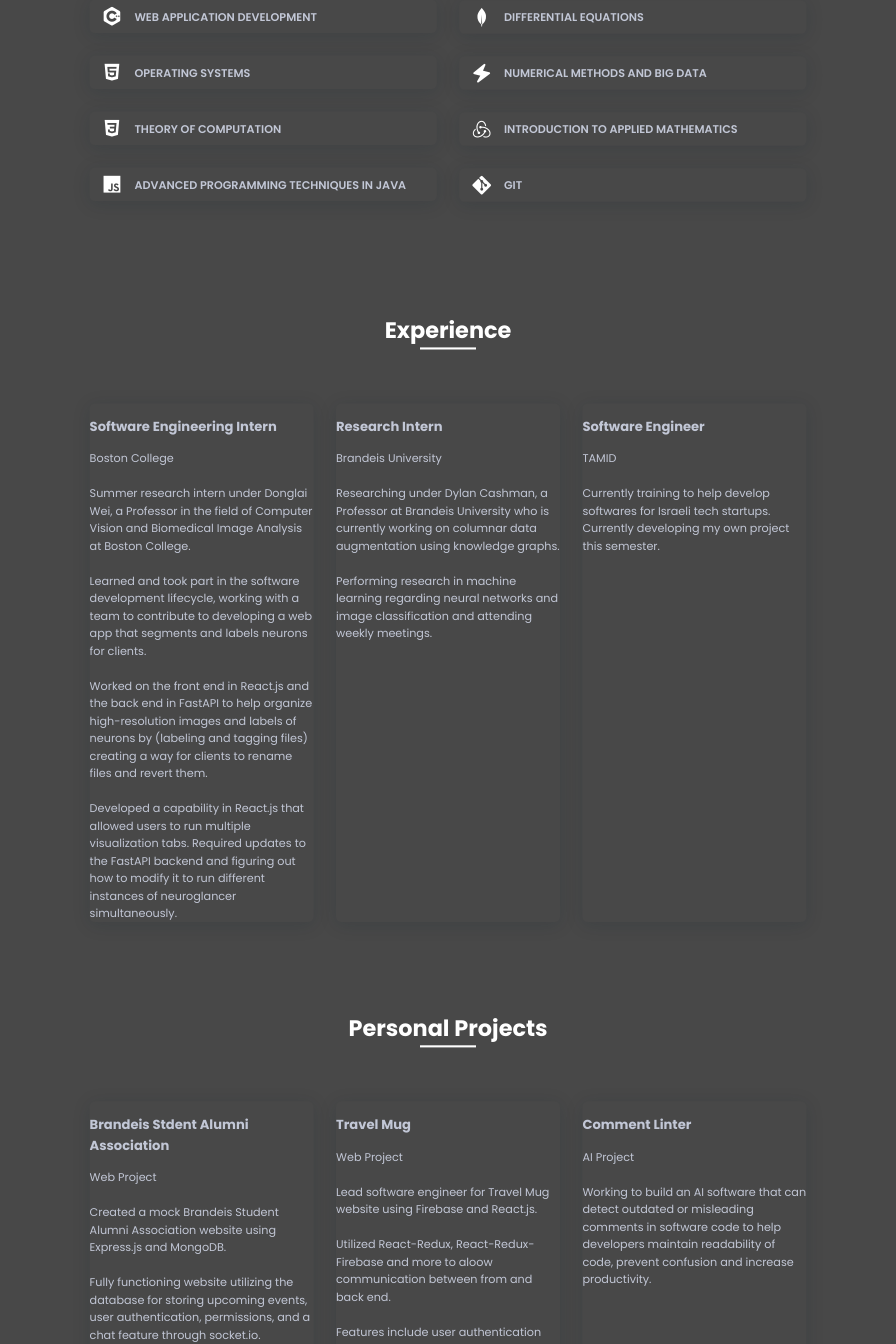
Repository: joshliu14/joshliu14.github.io
Page: index.html
The author's editor kept a copy of each file at every save. The page is drawn from the files as they stood at one save, then again after the next save.
The browser window is 1280 px wide. The pictures show the part of the page from y = 2626 to 4546 px (the page is 5565 px tall before and 5485 px after), at 70% of full size.

Above is the page before, as saved 2024-02-01 01:39:58.

### index.html
<!DOCTYPE html>
<html lang="en">
  <head>
    <meta charset="UTF-8" />
    <meta name="viewport" content="width=device-width, initial-scale=1.0" />

    <link rel="stylesheet" href="assets/css/web.css" />

    <!-- =====BOX ICONS===== -->
    <link
      href="https://unpkg.com/boxicons@2.1.4/css/boxicons.min.css"
      rel="stylesheet"
    />

    <title>Joshua Liu</title>
  </head>
  <body>
    <!--===== HEADER =====-->
    <header class="l-header">
      <nav class="nav bd-grid">
        <div>
          <a href="#" class="nav__logo">Joshua Liu</a>
        </div>

        <div class="nav__menu" id="nav-menu">
          <ul class="nav__list">
            <li class="nav__item">
              <a href="#home" class="nav__link active-link">Home</a>
            </li>
            <li class="nav__item">
              <a href="#about" class="nav__link">About</a>
            </li>
            <li class="nav__item">
              <a href="#skills" class="nav__link">Skills</a>
            </li>
            <li class="nav__item">
              <a href="#coursework" class="nav__link">Coursework</a>
            </li>
            <li class="nav__item">
              <a href="#work" class="nav__link">Experience</a>
            </li>
            <li class="nav__item">
              <a href="#projects" class="nav__link">Projects</a>
            </li>
            <li class="nav__item">
              <a href="#contact" class="nav__link">Info</a>
            </li>
          </ul>
        </div>

        <div class="nav__toggle" id="nav-toggle">
          <i class="bx bx-menu"></i>
        </div>
      </nav>
    </header>

    <main class="l-main">
      <!--===== HOME =====-->
      <section class="home bd-grid" id="home">
        <div class="home__data">
          <h1 class="home__title">
            Hi,<br />I'm <span class="home__title-color">Josh</span><br />
          </h1>

          <a href="resume.pdf" class="button">Resume</a>
        </div>

        <div class="home__social">
          <a
            href="https://www.linkedin.com/in/joshua-liu-727847208/"
            class="home__social-icon"
            ><i class="bx bxl-linkedin"></i
          ></a>
          <a href="https://github.com/joshliu14" class="home__social-icon"
            ><i class="bx bxl-github"></i
          ></a>
        </div>

        <div class="home__img">
          <svg
            class="home__blob"
            viewBox="0 0 479 467"
            xmlns="http://www.w3.org/2000/svg"
            xmlns:xlink="http://www.w3.org/1999/xlink"
          >
            <mask id="mask0" mask-type="alpha">
              <path
                d="M9.19024 145.964C34.0253 76.5814 114.865 54.7299 184.111 29.4823C245.804 6.98884 311.86 -14.9503 370.735 14.143C431.207 44.026 467.948 107.508 477.191 174.311C485.897 237.229 454.931 294.377 416.506 344.954C373.74 401.245 326.068 462.801 255.442 466.189C179.416 469.835 111.552 422.137 65.1576 361.805C17.4835 299.81 -17.1617 219.583 9.19024 145.964Z"
              />
            </mask>
            <g mask="url(#mask0)">
              <path
                d="M9.19024 145.964C34.0253 76.5814 114.865 54.7299 184.111 29.4823C245.804 6.98884 311.86 -14.9503 370.735 14.143C431.207 44.026 467.948 107.508 477.191 174.311C485.897 237.229 454.931 294.377 416.506 344.954C373.74 401.245 326.068 462.801 255.442 466.189C179.416 469.835 111.552 422.137 65.1576 361.805C17.4835 299.81 -17.1617 219.583 9.19024 145.964Z"
              />
              <image
                class="home__blob-img"
                x="30"
                y="65"
                href="assets/img/profile.png"
              />
            </g>
          </svg>
        </div>
      </section>

      <!--===== ABOUT =====-->
      <section class="about section" id="about">
        <h2 class="section-title">About</h2>

        <div class="about__container bd-grid">
          <div class="about__img">
            <img src="assets/img/about.png" alt="" />
          </div>

          <div>
            <h2 class="about__subtitle">I'm Josh</h2>
            <p class="about__text">
              I am currently a sophomore at Brandeis University pursuing a
              degree in Computer Science and Applied Mathematics. I am eager to
              contribute my programming skills to real-world scenarios, and I am
              actively seeking software engineering internship opportunities. My
              goal is to enhance my knowledge, apply theoretical concepts in
              practical settings, and contribute meaningfully to innovative
              projects.
            </p>
          </div>
        </div>
      </section>

      <!--===== SKILLS =====-->
      <section class="skills section" id="skills">
        <h2 class="section-title">Skills</h2>

        <div class="skills__container bd-grid">
          <div>
            <h2 class="skills__subtitle">Programming/Framework/Software Skills</h2>
            <p class="skills__text">
                I have experience with the following programming languages and
                frameworks. I am also familiar with software such as Git and
                Firebase. I am always eager to learn new technologies, languages,
                and frameworks to expand my skillset.
            </p>
            <div class="skills__data">
              <div class="skills__names">
                <i class="bx bxl-java skills__icon"></i>
                <span class="skills__name">JAVA</span>
              </div>
            </div>
            <div class="skills__data">
              <div class="skills__names">
                <i class="bx bxl-javascript skills__icon"></i>
                <span class="skills__name">JAVASCRIPT</span>
              </div>
            </div>
            <div class="skills__data">
              <div class="skills__names">
                <i class="bx bxl-python skills__icon"></i>
                <span class="skills__name">PYTHON</span>
              </div>
            </div>
            <div class="skills__data">
              <div class="skills__names">
                <i class="bx bxl-c-plus-plus skills__icon"></i>
                <span class="skills__name">C++</span>
              </div>
            </div>
            <div class="skills__data">
              <div class="skills__names">
                <i class="bx bxl-html5 skills__icon"></i>
                <span class="skills__name">HTML</span>
              </div>
            </div>
            <div class="skills__data">
              <div class="skills__names">
                <i class="bx bxl-css3 skills__icon"></i>
                <span class="skills__name">CSS</span>
              </div>
            </div>
            <div class="skills__data">
              <div class="skills__names">
                <i class="bx bxl-javascript skills__icon"></i>
                <span class="skills__name">JAVA</span>
              </div>
            </div>
          </div>
          <div class="skills__column2">
            <div class="skills__data">
              <div class="skills__names">
                <i class="bx bxl-react skills__icon"></i>
                <span class="skills__name">REACT.JS</span>
              </div>
            </div>
            <div class="skills__data">
              <div class="skills__names">
                <i class="bx bxl-firebase skills__icon"></i>
                <span class="skills__name">FIREBASE</span>
              </div>
            </div>
            <div class="skills__data">
              <div class="skills__names">
                <i class="bx bxl-mongodb skills__icon"></i>
                <span class="skills__name">MONGODB</span>
              </div>
            </div>
            <div class="skills__data">
              <div class="skills__names">
                <i class="bx bxs-zap skills__icon"></i>
                <span class="skills__name">FASTAPI</span>
              </div>
            </div>
            <div class="skills__data">
              <div class="skills__names">
                <i class="bx bxl-redux skills__icon"></i>
                <span class="skills__name">REDUX</span>
              </div>
            </div>
            <div class="skills__data">
              <div class="skills__names">
                <i class="bx bxl-nodejs skills__icon"></i>
                <span class="skills__name">NODE</span>
              </div>
            </div>
            <div class="skills__data">
              <div class="skills__names">
                <i class="bx bxl-git skills__icon"></i>
                <span class="skills__name">GIT</span>
              </div>
            </div>
          </div>
      </section>

      <!--===== Relevant Coursework =====-->
      <section class="skills section" id="coursework">
        <h2 class="section-title">Relevant Coursework</h2>

        <div class="skills__container bd-grid">
          <div>
            <h2 class="skills__subtitle">Courses</h2>
            <div class="skills__data">
              <div class="skills__names">
                <i class="bx bxs-code skills__icon"></i>
                <span class="skills__name">DATA STRUCTURES AND ALGORITHMS</span>
              </div>
            </div>
            <div class="skills__data">
              <div class="skills__names">
                <i class="bx bxl-javascript skills__icon"></i>
                <span class="skills__name">FUNDAMENTALS OF SOFTWARE ENGINEERING</span>
              </div>
            </div>
            <div class="skills__data">
              <div class="skills__names">
                <i class="bx bxl-python skills__icon"></i>
                <span class="skills__name">DISCRETE STRUCTURES</span>
              </div>
            </div>
            <div class="skills__data">
              <div class="skills__names">
                <i class="bx bxl-c-plus-plus skills__icon"></i>
                <span class="skills__name">WEB APPLICATION DEVELOPMENT</span>
              </div>
            </div>
            <div class="skills__data">
              <div class="skills__names">
                <i class="bx bxl-html5 skills__icon"></i>
                <span class="skills__name">OPERATING SYSTEMS</span>
              </div>
            </div>
            <div class="skills__data">
              <div class="skills__names">
                <i class="bx bxl-css3 skills__icon"></i>
                <span class="skills__name">THEORY OF COMPUTATION</span>
              </div>
            </div>
            <div class="skills__data">
              <div class="skills__names">
                <i class="bx bxl-javascript skills__icon"></i>
                <span class="skills__name">ADVANCED PROGRAMMING TECHNIQUES IN JAVA</span>
              </div>
            </div>
          </div>
          <div class="courses__column2">
             <div class="skills__data">
              <div class="skills__names">
                <i class="bx bxl-nodejs skills__icon"></i>
                <span class="skills__name">LINEAR ALGEBRA</span>
              </div>
            </div>
            <div class="skills__data">
              <div class="skills__names">
                <i class="bx bxl-react skills__icon"></i>
                <span class="skills__name">INTRODUCTION TO PROOFS</span>
              </div>
            </div>
            <div class="skills__data">
              <div class="skills__names">
                <i class="bx bxl-firebase skills__icon"></i>
                <span class="skills__name">MULTIVARIABLE CALCULUS</span>
              </div>
            </div>
            <div class="skills__data">
              <div class="skills__names">
                <i class="bx bxl-mongodb skills__icon"></i>
                <span class="skills__name">DIFFERENTIAL EQUATIONS</span>
              </div>
            </div>
            <div class="skills__data">
              <div class="skills__names">
                <i class="bx bxs-zap skills__icon"></i>
                <span class="skills__name">NUMERICAL METHODS AND BIG DATA</span>
              </div>
            </div>
            <div class="skills__data">
              <div class="skills__names">
                <i class="bx bxl-redux skills__icon"></i>
                <span class="skills__name">INTRODUCTION TO APPLIED MATHEMATICS</span>
              </div>
            </div>
            <div class="skills__data">
              <div class="skills__names">
                <i class="bx bxl-git skills__icon"></i>
                <span class="skills__name">GIT</span>
              </div>
            </div>
          </div>
      </section>

      <!--===== Experience =====-->
      <section class="work section" id="work">
        <h2 class="section-title">Experience</h2>

        <div class="work__container bd-grid">
                <div class="work__img">
                <h3 class="work__title">Software Engineering Intern</h3>
                <span class="work__subtitle">Boston College</span>
                <p class="work__description">
                    <br />
                    Summer research intern under Donglai Wei, a Professor in the field of Computer
                    Vision and Biomedical Image Analysis at Boston College.
                    <br />
                    <br />
                    Learned and took part in the software development lifecycle, working with a team to
                    contribute to developing a web app that segments and labels neurons for clients.
                    <br />
                    <br />
                    Worked on the front end in React.js and the back end in FastAPI to help organize high-resolution images
                    and labels of neurons by (labeling and tagging files) creating a way for clients to rename files and revert them.
                    <br />
                    <br />
                    Developed a capability in React.js that allowed users to run multiple visualization tabs. Required updates
                    to the FastAPI backend and figuring out how to modify it to run different instances of neuroglancer simultaneously.
                </p>
                </div>
                <div class="work__img">
                <h3 class="work__title">Research Intern</h3>
                <span class="work__subtitle">Brandeis University</span>
                <p class="work__description">
                    <br />
                    Researching under Dylan Cashman, a Professor at Brandeis University who is currently working on
                    columnar data augmentation using knowledge graphs.
                    <br />
                    <br />
                    Performing research in machine learning regarding neural networks and image classification and attending weekly meetings.
                </p>
                </div>
                <div class="work__img">
                <h3 class="work__title">Software Engineer</h3>
                <span class="work__subtitle">TAMID</span>
                <p class="work__description">
                    <br />
                     Currently training to help develop softwares for
                    Israeli tech startups. Currently developing my own project
                    this semester.
                </p>
                </div>
        </div>
      </section>

       <!--===== Personal Projects =====-->
      <section class="work section" id="projects">
        <h2 class="section-title">Personal Projects</h2>

        <div class="work__container bd-grid">
                <div class="work__img">
                <h3 class="work__title">Brandeis Stdent Alumni Association</h3>
                <span class="work__subtitle">Web Project</span>
                <p class="work__description">
                    <br />
                    Created a mock Brandeis Student Alumni Association website
                    using Express.js and MongoDB.
                    <br />
                    <br />
                    Fully functioning website utilizing the
                    database for storing upcoming events, user authentication, permissions,
                    and a chat feature through socket.io.
                </p>
                </div>
                <div class="work__img">
                <h3 class="work__title">Travel Mug</h3>
                <span class="work__subtitle">Web Project</span>
                <p class="work__description">
                    <br />
                    Lead software engineer for Travel Mug website using Firebase and React.js.
                    <br />
                    <br />
                    Utilized React-Redux, React-Redux-Firebase
                    and more to aloow communication between from and back end.
                    <br />
                    <br />
                    Features include user authentication and personalized preferences.
                    Ability to filter for different cafes based on roast, items sold, location and more.
                </p>
                </div>
                <div class="work__img">
                <h3 class="work__title">Comment Linter</h3>
                <span class="work__subtitle">AI Project</span>
                <p class="work__description">
                    <br />
                    Working to build an AI software that can detect outdated
                    or misleading comments in software code to help developers
                    maintain readability of code, prevent confusion and increase
                    productivity.
                </p>
                </div>
        </div>
      </section>

      <!--===== INFO =====-->
      <section class="contact section" id="contact">
        <h2 class="section-title">Info</h2>
        <p class="contact__input">Joshua Liu</p>
        <p class="contact__input">joshualiu@brandeis.edu</p>
        <p class="contact__input">949-551-8585</p>
        <p class="contact__input">Brandeis University</p>
        <p class="contact__input">415 South Street Waltham, MA</p>
      </section>
    </main>

    <!--===== FOOTER =====-->
    <footer class="footer">
      <p class="footer__title">Josh Liu</p>
      <div class="footer__social">
        <a href="https://www.facebook.com/josh.liu.9847" class="footer__icon"
          ><i class="bx bxl-facebook"></i
        ></a>
        <a href="https://www.instagram.com/joshliu_" class="footer__icon"
          ><i class="bx bxl-instagram"></i
        ></a>
        <a href="https://twitter.com/jahliu" class="footer__icon"
          ><i class="bx bxl-twitter"></i
        ></a>
      </div>
      <p class="footer__copy">&#169; Joshua Liu</p>
    </footer>

    <!--===== SCROLL REVEAL =====-->
    <script src="https://unpkg.com/scrollreveal"></script>

    <!--===== MAIN JS =====-->
    <script src="assets/js/main.js"></script>
  </body>
</html>

Loaded but not shown: assets/js/main.js (61 lines, source omitted); assets/css/web.css (479 lines, source omitted)

After the next save:
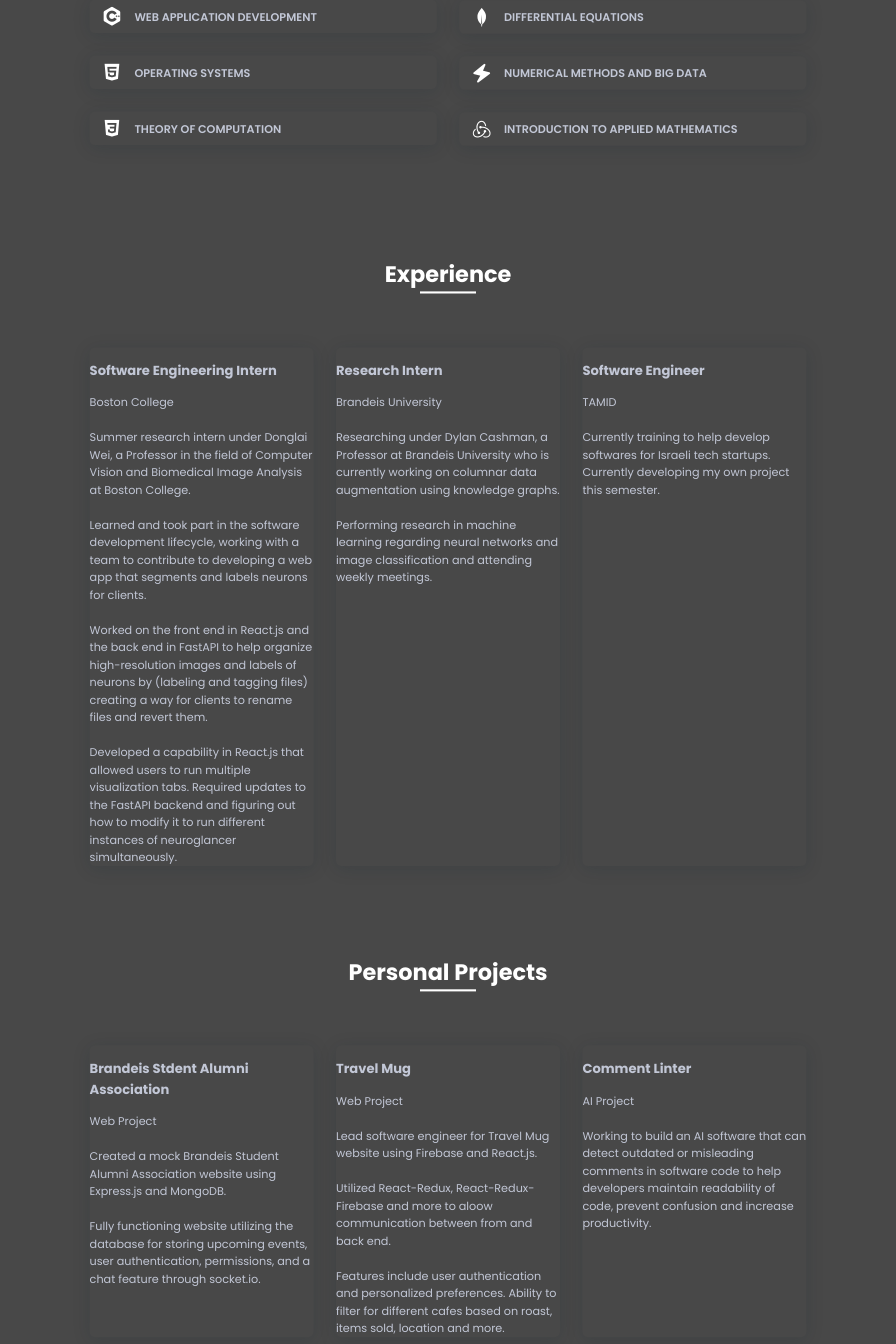
Saved 3 min 4 s later.
--- a/index.html
+++ b/index.html
@@ -272,12 +272,6 @@
                 <span class="skills__name">THEORY OF COMPUTATION</span>
               </div>
             </div>
-            <div class="skills__data">
-              <div class="skills__names">
-                <i class="bx bxl-javascript skills__icon"></i>
-                <span class="skills__name">ADVANCED PROGRAMMING TECHNIQUES IN JAVA</span>
-              </div>
-            </div>
           </div>
           <div class="courses__column2">
              <div class="skills__data">
@@ -314,12 +308,6 @@
               <div class="skills__names">
                 <i class="bx bxl-redux skills__icon"></i>
                 <span class="skills__name">INTRODUCTION TO APPLIED MATHEMATICS</span>
-              </div>
-            </div>
-            <div class="skills__data">
-              <div class="skills__names">
-                <i class="bx bxl-git skills__icon"></i>
-                <span class="skills__name">GIT</span>
               </div>
             </div>
           </div>
